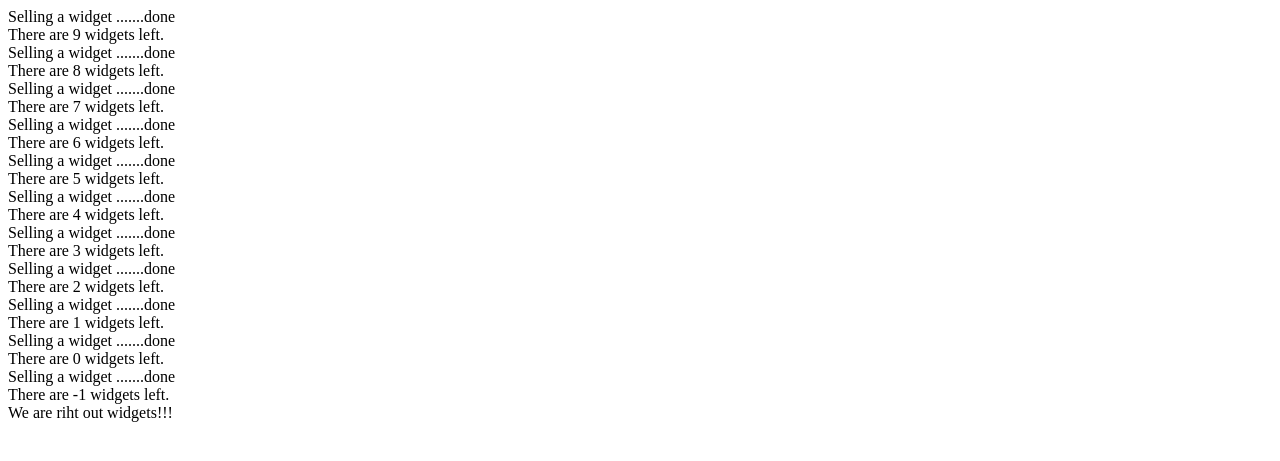
Repository: hhugohm/php_basic
Page: http://localhost/src/widgets.php
These files come from the project's save history. The page is drawn as it stood at one moment and after the next save; the edit follows.
The browser window is 1280 px wide. The pictures show the whole page.
The page is run by PHP 8.4 with error messages shown; the project is at /var/www/html/.

Above is the page before, as saved 2017-06-08 22:01:41.

After the next save:
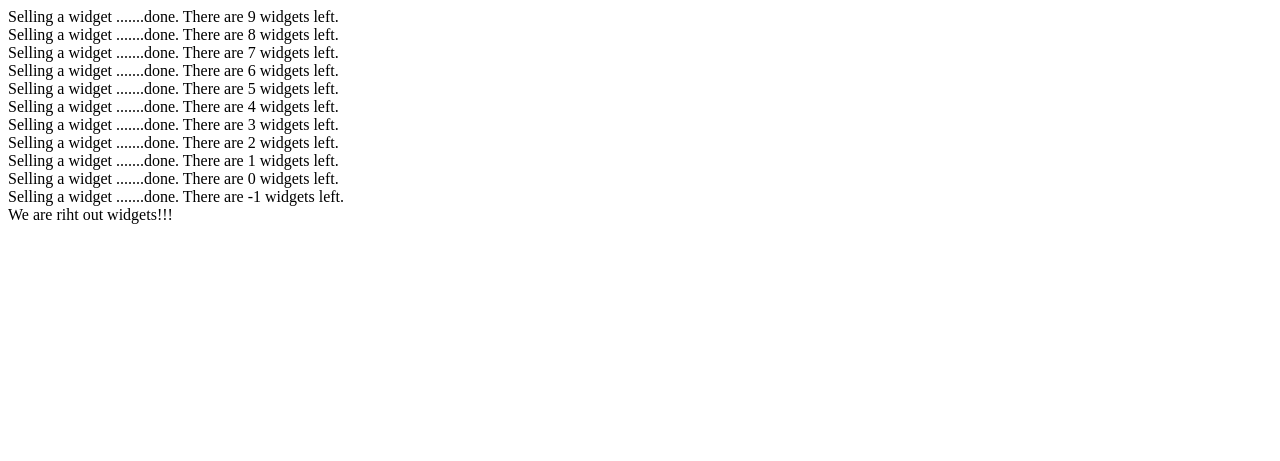
Saved 31 s later.
--- a/php_unidad4/src/widgets.php
+++ b/php_unidad4/src/widgets.php
@@ -4,7 +4,7 @@
 
  while ($count>=0){
  	$count = $count-1;
- 	echo "Selling a widget .......done <br>";
+ 	echo "Selling a widget .......done. ";
  	echo "There are $count widgets left.<br>";
 
  }
